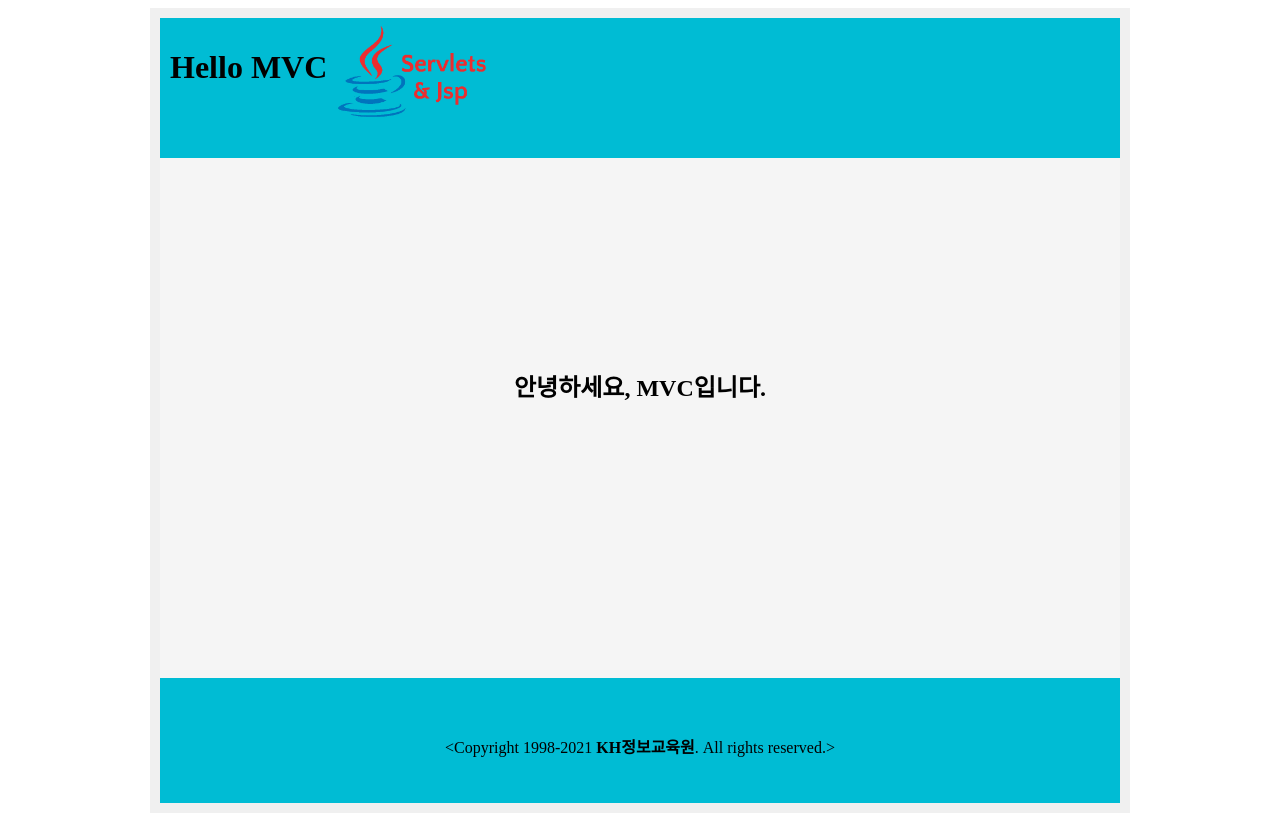
Repository: jsungl/WEBSERVER-WORKSPACE
Page: http://localhost/02_hellomvc/
An editor plug-in stored every save of this project. The page is shown before and after the next save, followed by the edit.
The browser window is 1280 px wide. The pictures show the whole page.
The page is served by Tomcat 9. Other server files are loaded and not shown.

Above is the page before, as saved 2021-03-25 08:08:17.

### 02_hellomvc/WebContent/index.jsp
<%@ page language="java" contentType="text/html; charset=UTF-8"
    pageEncoding="UTF-8"%>
<%@ include file="/WEB-INF/views/common/header.jsp" %>

			<h2 align="center" style="margin-top:200px;">안녕하세요, MVC입니다.</h2>

<%@ include file="/WEB-INF/views/common/footer.jsp" %>

### 02_hellomvc/WebContent/WEB-INF/views/common/header.jsp
<%@ page language="java" contentType="text/html; charset=UTF-8"
    pageEncoding="UTF-8"%>
<!DOCTYPE html>
<html>
<head>
<meta charset="UTF-8">
<title>Hello MVC</title>
<link rel="stylesheet" href="<%=request.getContextPath() %>/css/style.css" />
<script src="<%= request.getContextPath() %>/js/jquery-3.6.0.js"></script>
</head>
<body>
	<div id="container">
		<header>
			<h1>Hello MVC</h1>
		</header>

		<section id="content">

### 02_hellomvc/WebContent/WEB-INF/views/common/footer.jsp
<%@ page language="java" contentType="text/html; charset=UTF-8"
    pageEncoding="UTF-8"%>
</section>

		<footer>
			<p>&lt;Copyright 1998-2021 <strong>KH정보교육원</strong>. All rights reserved.&gt;</p>
		</footer>
	</div>
</body>
</html>

### 02_hellomvc/WebContent/css/style.css
@CHARSET "UTF-8";
div, section, header, aside, footer {padding:10px;}

/********** 전체컨테이너 **********/
div#container	{background-color:#F0F0F0; width:960px; margin:0 auto;}

/********** header **********/
header			{background: #00bcd4 url('/mvc/images/Java-Servlets-JSP.png') 21% 5%/18% no-repeat; height:130px; position:relative; padding:10px 0 0 0;}
header h1 		{margin-left:10px;}


/********** content **********/
section#content	{ background-color:#F5F5F5; float:left; width:940px; min-height:500px; }

/********** footer **********/
footer			{ background-color:#00bcd4; clear:both; height:75px; text-align:center;padding-top:40px;}

Loaded but not shown: 02_hellomvc/WebContent/js/jquery-3.6.0.js (library)

After the next save:
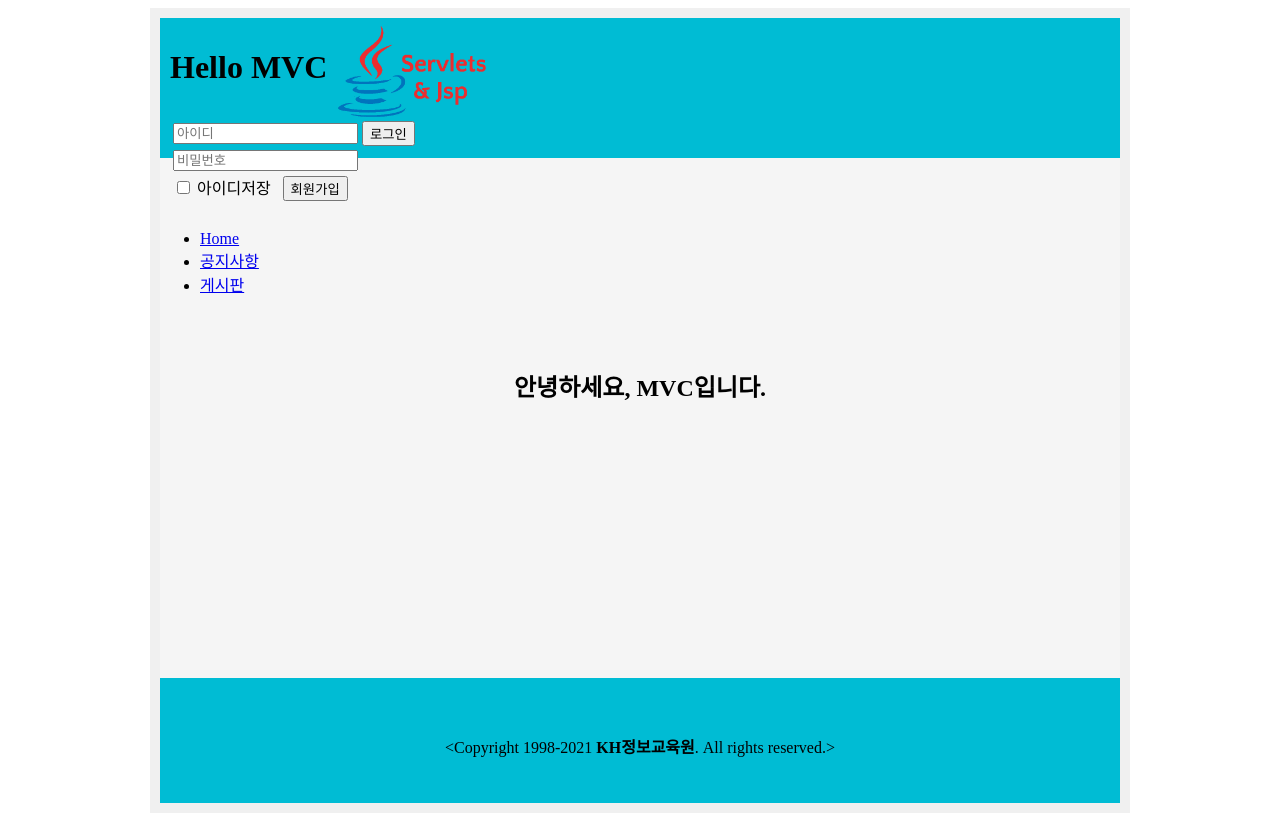
Saved 2 min 13 s later.
--- a/02_hellomvc/WebContent/WEB-INF/views/common/header.jsp
+++ b/02_hellomvc/WebContent/WEB-INF/views/common/header.jsp
@@ -12,6 +12,40 @@
 	<div id="container">
 		<header>
 			<h1>Hello MVC</h1>
+
+			<!-- 로그인폼 시작 -->
+			<div class="login-container">
+				<form id="loginFrm">
+					<table>
+						<tr>
+							<td><input type="text" name="memberId" id="memberId" placeholder="아이디"></td>
+							<td><input type="submit" value="로그인"></td>
+						</tr>
+						<tr>
+							<td><input type="password" name="password" id="password"
+							placeholder="비밀번호"></td>
+							<td></td>
+						</tr>
+						<tr>
+							<td colspan="2">
+								<input type="checkbox" name="saveId" id="saveId" />
+								<label for="saveId">아이디저장</label>&nbsp;&nbsp;
+								<input type="button" value="회원가입">
+							</td>
+						</tr>
+					</table>
+				</form>
+			</div>
+			<!-- 로그인폼 끝-->
+			<!-- 메인메뉴 시작 -->
+			<nav>
+				<ul class="main-nav">
+					<li class="home"><a href="<%= request.getContextPath() %>">Home</a></li>
+					<li class="notice"><a href="#">공지사항</a></li>
+					<li class="board"><a href="#">게시판</a></li>
+				</ul>
+			</nav>
+			<!-- 메인메뉴 끝-->
 		</header>
 
 		<section id="content">
